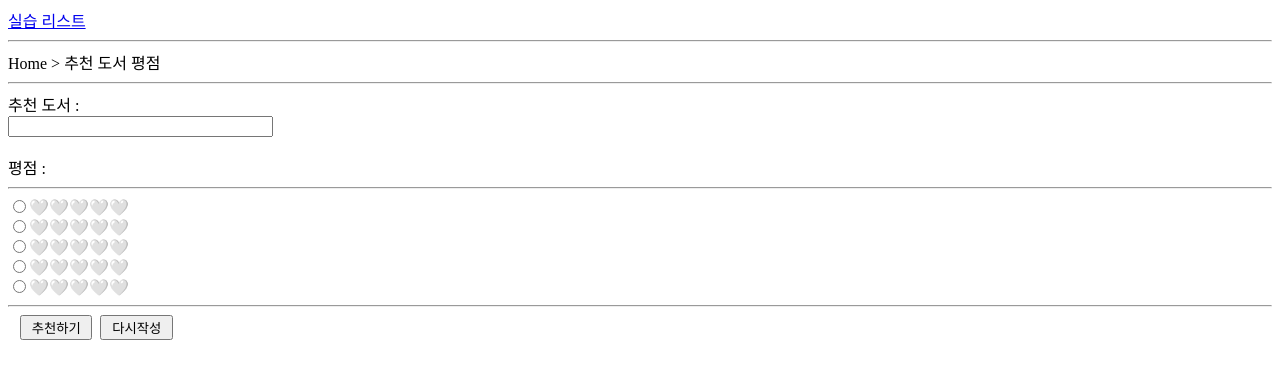
Repository: dhc518/WebProgramming_2023
Page: http://localhost/JSPStudy/ch05/handlerFunction.jsp
The author's editor kept a copy of each file at every save. The page is drawn from the files as they stood at one save, then again after the next save.
The browser window is 1280 px wide. The pictures show the whole page.
The page is served by Tomcat 9.

Above is the page before, as saved 2023-03-31 04:59:08.

After the next save:
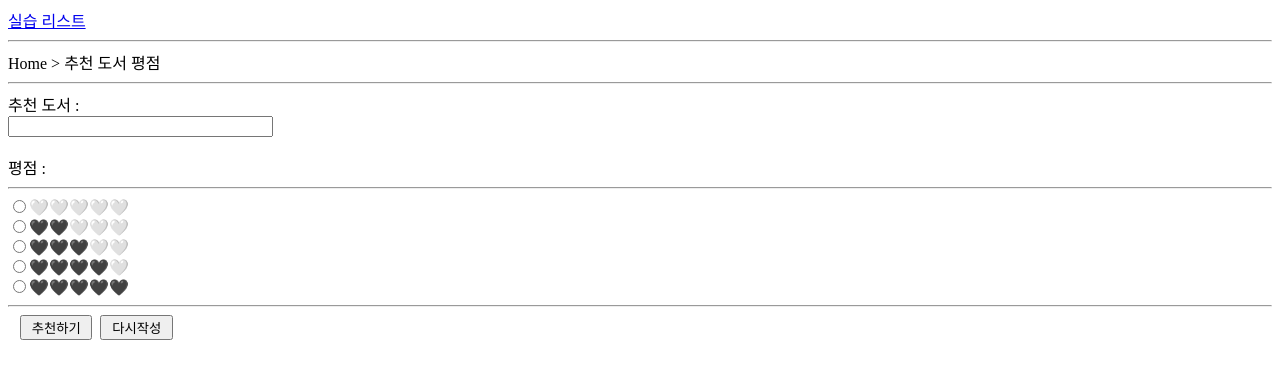
Saved 50 s later.
--- a/Project/JSPStudy/src/main/webapp/ch05/handlerFunction.jsp
+++ b/Project/JSPStudy/src/main/webapp/ch05/handlerFunction.jsp
@@ -24,10 +24,10 @@
 		평점 :
 		<hr>
 		<input type="radio" name="grade" value="🖤🤍🤍🤍🤍">🤍🤍🤍🤍🤍<br>
-	    <input type="radio" name="grade" value="🖤🖤🤍🤍🤍">🤍🤍🤍🤍🤍<br>
-	    <input type="radio" name="grade" value="🖤🖤🖤🤍🤍">🤍🤍🤍🤍🤍<br>
-	    <input type="radio" name="grade" value="🖤🖤🖤🖤🤍">🤍🤍🤍🤍🤍<br>
-	    <input type="radio" name="grade" value="🖤🖤🖤🖤🖤">🤍🤍🤍🤍🤍<br>
+	    <input type="radio" name="grade" value="🖤🖤🤍🤍🤍">🖤🖤🤍🤍🤍<br>
+	    <input type="radio" name="grade" value="🖤🖤🖤🤍🤍">🖤🖤🖤🤍🤍<br>
+	    <input type="radio" name="grade" value="🖤🖤🖤🖤🤍">🖤🖤🖤🖤🤍<br>
+	    <input type="radio" name="grade" value="🖤🖤🖤🖤🖤">🖤🖤🖤🖤🖤<br>
 		<hr>&nbsp;&nbsp;
 		<input type="submit" value=" 추천하기 " onclick="checkFun()">&nbsp;
 		<input type="reset" value=" 다시작성 ">
